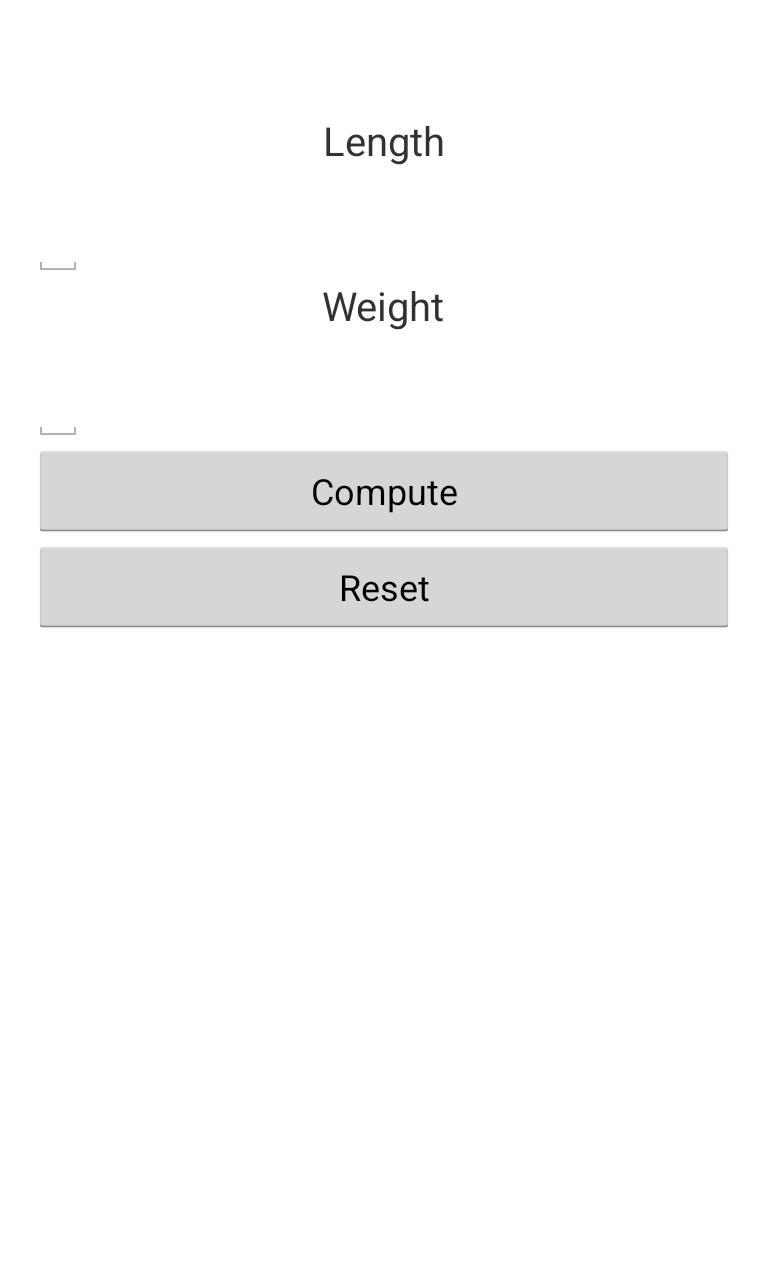
Repository: ek222mw/IDV436_API_Komponent
Layout: labb1_BMI/res/layout/activity_main.xml
The author's editor kept a copy of each file at every save. The layout is drawn from the files as they stood at one save, then again after the next save.
It is drawn on a 768 x 1280 px phone screen (xhdpi) without system bars, with theme AppTheme; the app's code is not run.

Above is the layout before, as saved 2014-11-17 13:37:56.

After the next save:
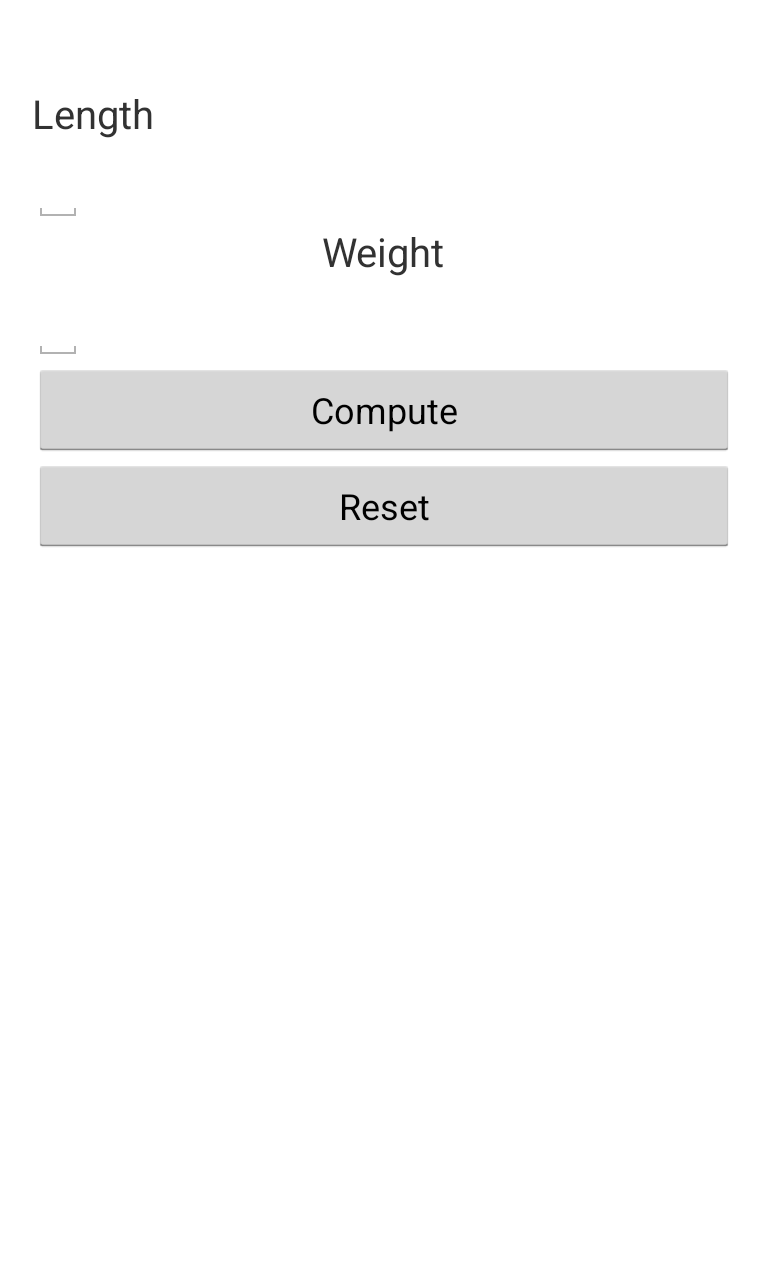
Saved 3 min 24 s later.
--- a/labb1_BMI/res/layout/activity_main.xml
+++ b/labb1_BMI/res/layout/activity_main.xml
@@ -16,15 +16,15 @@
         android:layout_width="wrap_content"
         android:layout_height="wrap_content"
         android:text="@string/result"
-        android:layout_gravity="center"
-        android:textSize="30sp"
+        android:layout_gravity="left"
+        android:textSize="20sp"
          />
      <TextView
 
         android:layout_width="wrap_content"
         android:layout_height="wrap_content"
         android:text="@string/height"
-        android:layout_gravity="center"
+        android:layout_gravity="left"
         android:textSize="20sp"
          />
 
@@ -33,8 +33,8 @@
         android:layout_width="wrap_content"
         android:layout_height="wrap_content"
 
-        android:gravity="center"
-        android:textSize="30sp"
+
+        android:textSize="20sp"
         android:hint="@string/edit_text_Length" />
 
     <TextView
@@ -52,7 +52,7 @@
         android:layout_height="wrap_content"
 
         android:gravity="center"
-        android:textSize="30sp"
+        android:textSize="20sp"
         android:hint="@string/edit_text_Weight" />
 
     <Button android:id="@+id/Button_Send"
